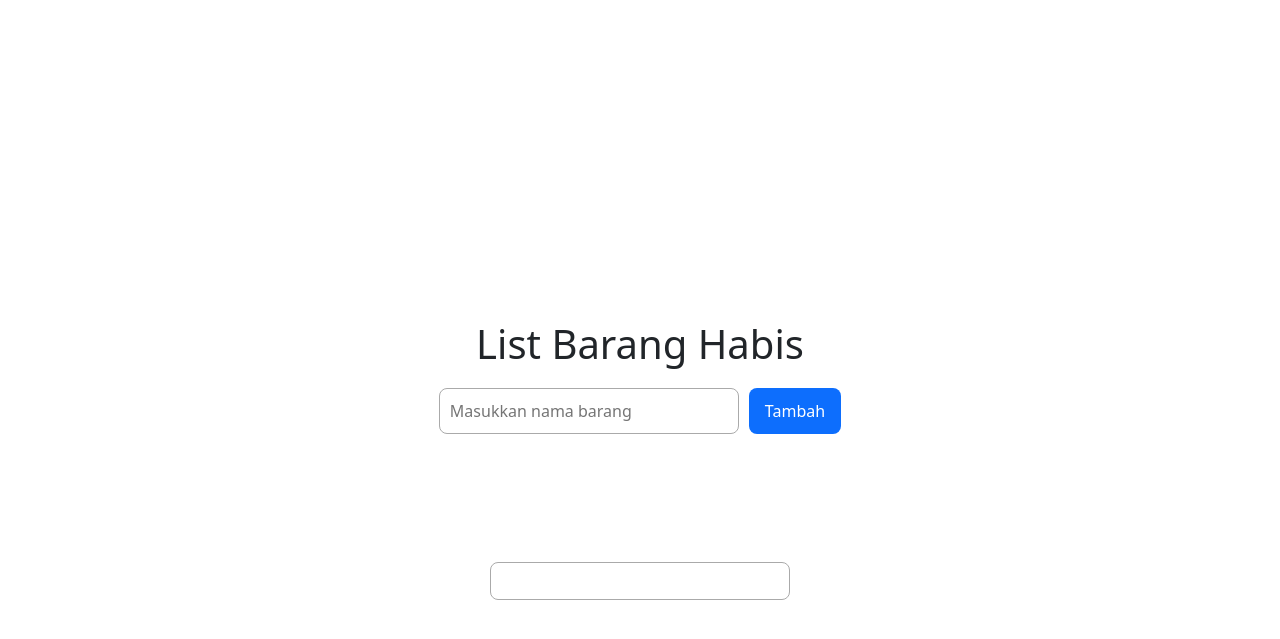
Repository: amorysdeo/dirumah
Page: index.html
These files come from the project's save history. The page is drawn as it stood at one moment and after a run of saves; the edit follows.
The browser window is 1280 px wide. The pictures show the whole page.

Above is the page before, as saved 2025-11-27 12:03:21.

### index.html
<!DOCTYPE html>
<html lang="en">
<head>
    <meta charset="UTF-8">
    <meta name="viewport" content="width=device-width, initial-scale=1.0">
    <link rel="stylesheet" href="css.css">
    <link href="https://cdn.jsdelivr.net/npm/bootstrap@5.3.3/dist/css/bootstrap.min.css" rel="stylesheet">

    <title>Belanja</title>
</head>
<body>
    <div id="main-box">
        <div id="title">
            <h1>List Barang Habis</h1>
        </div>
        <div id="inputan">
            <input type="text" id="barang" name="barang" placeholder="Masukkan nama barang">
            <button>Tambah</button>
        </div>
    </div>
    <div id="list-box">
        <ul></ul>
    </div>

    <script src="https://cdn.jsdelivr.net/npm/@popperjs/core@2.11.8/dist/umd/popper.min.js"></script>
    <script src="https://cdn.jsdelivr.net/npm/bootstrap@5.3.3/dist/js/bootstrap.min.js"></script>
</body>
</html>

### css.css
body {
    padding-top: 25%;
    margin: 0;
    background-color: #f5f5f5;
}

/* BOX UTAMA */
#main-box {
    /* background-color: aqua; */
    width: 75%;
    max-width: 500px;

    /* INI YANG NENGAHAN KANAN-KIRI */
    margin-left: auto;
    margin-right: auto;

    margin-bottom: 10%;

    /* Biar kontennya center */
    text-align: center;

}

/* TITLE */
#title h1 {
    margin-bottom: 20px;
}

/* INPUT + BUTTON */
#inputan {
    display: flex;
    justify-content: center;
    gap: 10px;
}

#inputan input {
    padding: 10px;
    width: 70%;
    max-width: 300px;
    border-radius: 8px;
    border: 1px solid #aaa;
    font-size: 16px;
}

#inputan button {
    padding: 10px 16px;
    border-radius: 8px;
    border: none;
    background-color: #0d6efd;
    color: white;
    font-size: 16px;
    cursor: pointer;
    transition: 0.2s;
}

#inputan button:hover {
    background-color: #0b5ed7;
}

#list-box {
    padding: 10px;
    width: 80%;
    max-width: 300px;
    border-radius: 8px;
    border: 1px solid #aaa;

    /* Nengahin */
    margin-left: auto;
    margin-right: auto;
}

After the next 2 saves:
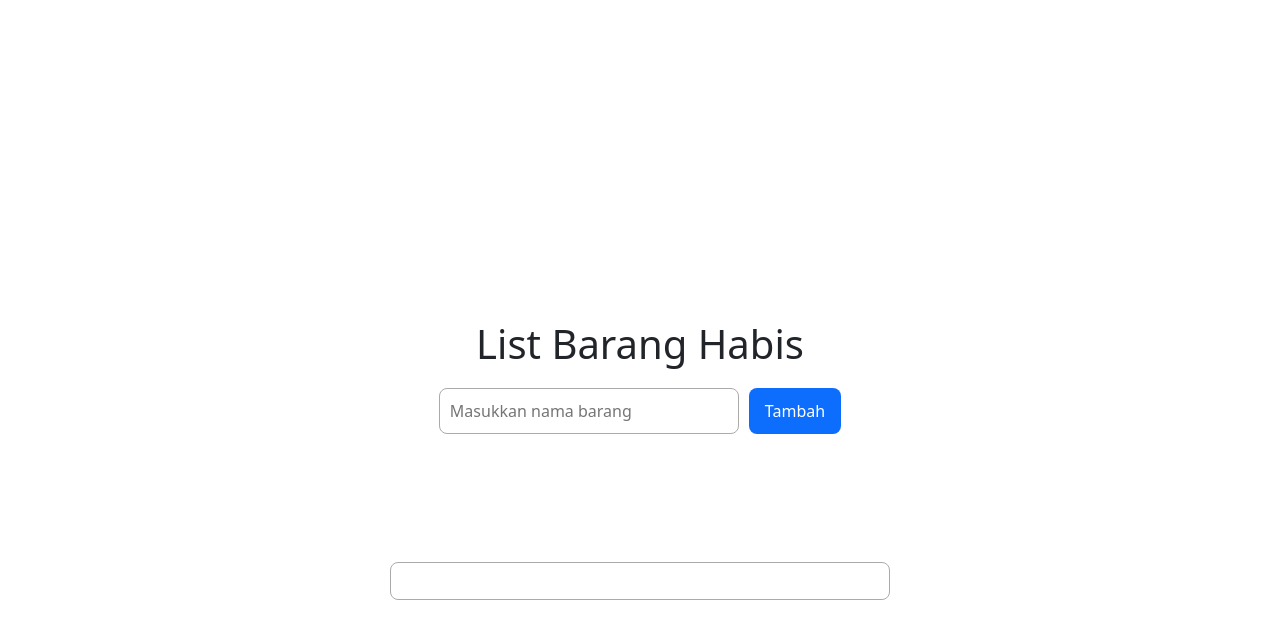
The 2 saves are shown as one change because they came seconds apart.
The last was saved 60 s later.
--- a/css.css
+++ b/css.css
@@ -59,8 +59,8 @@ body {
 
 #list-box {
     padding: 10px;
-    width: 80%;
-    max-width: 300px;
+    width: 75%;
+    max-width: 500px;
     border-radius: 8px;
     border: 1px solid #aaa;
 
